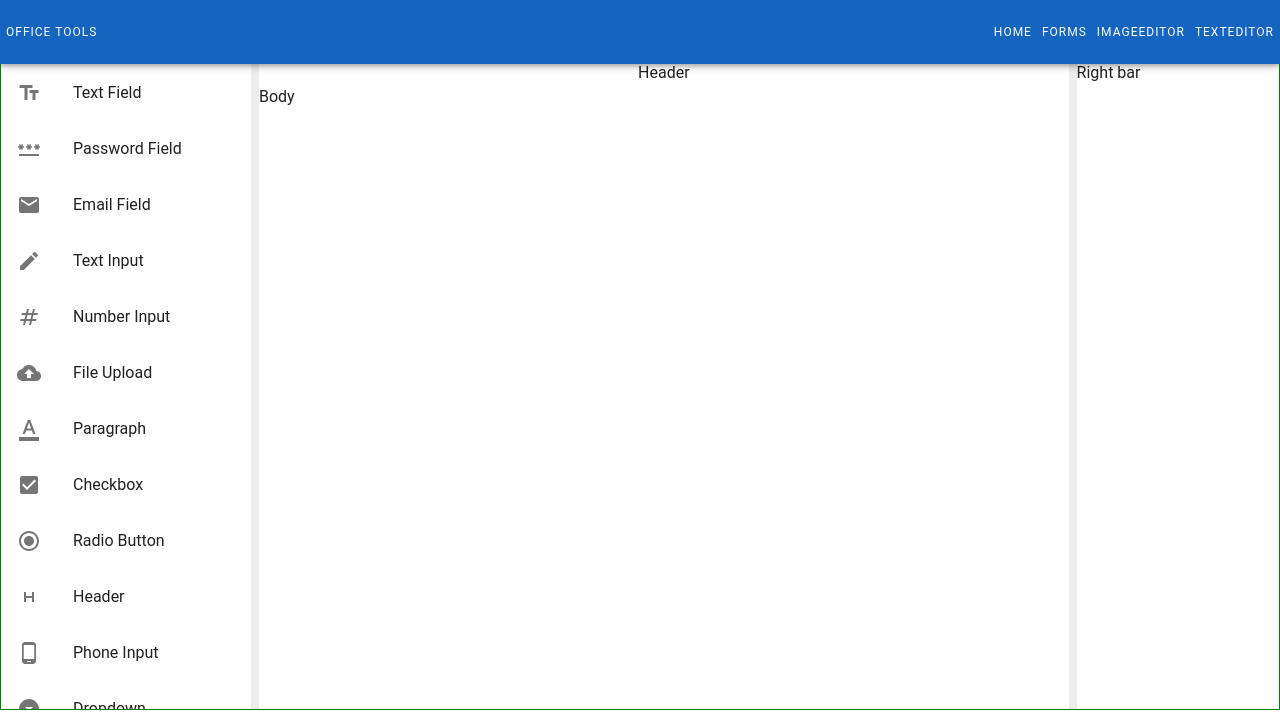
Repository: Vijay-Singh1/office-tools
Page: /form-builder/Create-Form
The author's editor kept a copy of each file at every save. The page is drawn from the files as they stood at one save, then again after the next save.
The browser window is 1280 px wide. The pictures show the whole page.
An inner scrolling area shows only its first screen. The project was rebuilt for these pictures with package versions that can differ from the ones it lists, and the page was loaded fresh each time. Also part of the build but not shown: vite.config.ts, src/FormBuilderApp/src/pages/FormBuilderHome.tsx, src/FormBuilderApp/src/pages/OpenForms.tsx, src/App.css, src/components/common/sidebar/Sidebar.tsx, src/ImageEditor/src/pages/ImageEditorHome.tsx, src/ImageEditor/src/pages/CreateImage.tsx, src/DocsEditor/src/pages/DocsEditorHome.tsx and 1 more.

Above is the page before, as saved 2024-09-22 20:21:55.

### index.html
<!doctype html>
<html lang="en">
  <head>
    <meta charset="UTF-8" />
    <link rel="icon" type="image/svg+xml" href="/vite.svg" />
    <meta name="viewport" content="width=device-width, initial-scale=1.0" />
    <title>Office Tools</title>
  </head>
  <body>
    <div id="root"></div>
    <script type="module" src="/src/main.tsx"></script>
  </body>
</html>

### src/main.tsx
import { StrictMode } from 'react'
import { createRoot } from 'react-dom/client'
import App from './App.tsx'
import './index.css'// Import Tailwind CSS
import { ThemeProvider } from '@mui/material/styles';
import CssBaseline from '@mui/material/CssBaseline';
import theme from "./appTheme/appTheme.ts"
import AppRoutes from './routes.js';
createRoot(document.getElementById('root')!).render(
  <StrictMode>
    <ThemeProvider theme={theme}>
    <CssBaseline />
    <AppRoutes />
    </ThemeProvider>
  </StrictMode>,
)

### src/appTheme/appTheme.ts
// src/theme/theme.js

import { createTheme } from '@mui/material/styles';
import { blue,  red, orange, green, grey } from '@mui/material/colors';

const theme = createTheme({
  palette: {
    primary: {
      light: blue[300], // Light shade for hover effects, etc.
      main: blue[600],  // Main primary color
      dark: blue[800],  // Dark shade for contrast
      contrastText: '#ffffff',
    },
    secondary: {
      light: blue[200], // Light blue as a secondary color
      main: blue[400],  // A mid-range blue for secondary actions
      dark: blue[700],  // Darker shade for emphasis
      contrastText: '#ffffff',
    },
    error: {
      main: red[500],
    },
    warning: {
      main: orange[500],
    },
    info: {
      main: blue[300],
    },
    success: {
      main: green[500],
    },
    background: {
      default: '#ffffff',
      paper: blue[50], // Very light blue background for paper components
    },
    text: {
      primary: grey[900],
      secondary: blue[800], // Dark blue text for secondary elements
    },
    action: {
      hover: grey[200], // Light blue on hover
      selected: blue[50], // Even lighter blue when an item is selected
      disabledBackground: blue[50], // Light blue background for disabled items
      disabled: grey[400], // Disabled text color
    },
    divider: blue[100], // Light blue for dividers and borders
  },
  typography: {
    fontFamily: 'Roboto, Arial, sans-serif',
    h1: {
      fontWeight: 700,
      color: blue[800], // Dark blue for headings
    },
    h2: {
      fontWeight: 700,
      color: blue[700], // Slightly lighter for sub-headings
    },
    subtitle1: {
      fontSize: 12,
      letterSpacing : "1px"
    },
  },
  spacing :[0,2,4,6,8,10],
  components: {
    MuiButton: {
      styleOverrides: {
        root: {
          borderRadius: 8,
          '&:hover': {
            backgroundColor: blue[700], // Darker blue on hover
          },
        },
      },
    },
    MuiAppBar: {
      styleOverrides: {
        colorPrimary: {
          backgroundColor: blue[800], // Darker shade for AppBar
        },
      },
    },
    MuiPaper: {
      styleOverrides: {
        root: {
          backgroundColor: blue[50], // Very light blue for paper components
        },
      },
    },
    // Add more component customizations as needed
  },
});

export default theme;

### src/routes.tsx
import React from 'react';
import { createBrowserRouter, RouterProvider } from 'react-router-dom';
import { formBuilderRoutes } from './FormBuilderApp/src/formBuilderRoutes';
import App from './App';
import { imageEditorRoutes } from './ImageEditor/src/ImageEditorRoutes';
import { docsEditorRoutes } from './DocsEditor/src/docsEditorRoutes';

// Combine routes from different modules
const router = createBrowserRouter([
  {
    path: '/',
    element: <App />,
    children: [
      ...formBuilderRoutes,
      ...imageEditorRoutes,
      ...docsEditorRoutes
      // Add other module routes here
    ],
  },
]);

const AppRoutes: React.FC = () => {
  return <RouterProvider router={router} />;
};

export default AppRoutes;

### src/FormBuilderApp/src/formBuilderRoutes.tsx
import React from 'react';
import { RouteObject } from 'react-router-dom';
import FormBuilderHome from './pages/FormBuilderHome';
import CreateForm from './pages/CreateForm';
import OpenForms from './pages/OpenForms';
import FormBuilderMain from './pages/FormBuilderMain';


export const formBuilderRoutes: RouteObject[] = [
  {
    path: 'form-builder',
    element: < FormBuilderMain/>,
    children: [
      {
        path: '/form-builder',
        element: <FormBuilderHome />,
      },
      {
        path: '/form-builder/Create-Form',
        element: <CreateForm />,
      },
      {
        path: '/form-builder/Open-Form',
        element: <OpenForms />,
      },
    ],
  },
];

### src/App.tsx
import { Outlet } from "react-router-dom";
import "./App.css";
import Sidebar from "./components/common/appBar/sidebar/Sidebar";
import { AppBar, Box, IconButton, Stack, Toolbar, Typography,   } from "@mui/material";
import MenuIcon from '@mui/icons-material/Menu';
import Appbar from "./components/common/appBar/Appbar";
import {DndContext} from '@dnd-kit/core';
const App: React.FC = () => {

  return (
    <DndContext>
      <Stack direction="column" bgcolor = "#EEEDEB">
        <Appbar/>
      <Box>
        <Outlet />
      </Box>
      </Stack>
      </DndContext>

  );
};

export default App;

### src/ImageEditor/src/ImageEditorRoutes.tsx
import React from 'react';
import { RouteObject } from 'react-router-dom';
import ImageEditorMain from './pages/ImageEditorMain';
import ImageEditorHome from './pages/ImageEditorHome';
import CreateImage from './pages/CreateImage';


export const imageEditorRoutes: RouteObject[] = [
  {
    path: 'image-editor',
    element: < ImageEditorMain/>,
    children: [
      {
        path: '/image-editor',
        element: <ImageEditorHome />,
      },
      {
        path: '/image-editor/Create-Image',
        element: <CreateImage />,
      },

    ],
  },
];

### src/DocsEditor/src/docsEditorRoutes.tsx
import React from 'react';
import { RouteObject } from 'react-router-dom';
import DocsEditorMain from './pages/DocsEditorMain';
import DocsEditorHome from './pages/DocsEditorHome';
import CreateDocs from './pages/CreateDocs';


export const docsEditorRoutes: RouteObject[] = [
  {
    path: '/docs-editor',
    element: < DocsEditorMain/>,
    children: [
      {
        path: '/docs-editor',
        element: <DocsEditorHome />,
      },
      {
        path: '/docs-editor/Create-docs',
        element: <CreateDocs />,
      },

    ],
  },
];

### src/FormBuilderApp/src/pages/CreateForm.tsx

import Box from '@mui/material/Box';
import React from 'react'
import { Stack } from '@mui/material';
import FormSidebar from '../components/sidebar/Sidebar';
import CenterComponent from '../components/centerComponent/centerComponent';
import RightBar from '../components/RightBar/RightBar';



const CreateForm : React.FC = () => {
  return (
    <Box  border={"1px solid green"} flex ={1} sx={{
      mb: 2,
      height: "100%",
      overflow: "hidden",
      overflowY: "scroll",
     // justifyContent="flex-end" # DO NOT USE THIS WITH 'scroll'
    }}  >
      <Stack direction="row" spacing={4}  justifyContent={"space-between"} sx={{ height: '100%' }}  >
      <FormSidebar/>
      <CenterComponent/>
      <RightBar/>
</Stack>
    </Box>
  )
}

export default CreateForm

### src/FormBuilderApp/src/pages/FormBuilderMain.tsx
import { Box, Stack } from '@mui/material'
import { Outlet } from 'react-router-dom'



const FormBuilderMain = () => {
  return (
      <Box width={"100%"} sx={{height:"calc(100vh - 70px)"}}  >
        <Stack direction="row" spacing={2} sx={{height:"100%"}}>
            <Outlet />
          </Stack>
          </Box>
  )
}

export default FormBuilderMain

### src/components/common/appBar/Appbar.tsx
import { AppBar, Box, styled, Toolbar, Typography } from '@mui/material'
import React from 'react'
import HomeRepairServiceIcon from '@mui/icons-material/HomeRepairService';
import { NavLink } from 'react-router-dom';

const StyledToolBar = styled(Toolbar)({
    display : "flex",
    justifyContent : "space-between"
})

const NavItems = styled(Box)(({theme}) =>({
    color : theme.palette.primary.contrastText,
    display: "flex",
    // border : "1px solid red",
    gap: theme.spacing(5)
}))

const StyledNavLink = styled(NavLink)(({theme})=>({
    width : "40%",
    color : theme.palette.primary.contrastText,
    textDecoration : "none",


}))

const Appbar = () => {
  return (
    <Box sx={{ flexGrow: 1 }} height={"60px"} position="sticky" top={0} zIndex={1000}>
    <AppBar position='static' >
        <StyledToolBar>
        <Typography variant='subtitle1' sx={{display : {sm : "block", xs : "none"}}}>OFFICE TOOLS</Typography>
            <HomeRepairServiceIcon sx={{display : {sm : "none", xs : "block"}}}/>
            <NavItems>
            <StyledNavLink to="/"><Typography variant='subtitle1'>HOME</Typography> </StyledNavLink>
            <StyledNavLink to="/form-builder"><Typography variant='subtitle1'>FORMS</Typography></StyledNavLink>
            <StyledNavLink to="/image-editor"><Typography variant='subtitle1'>IMAGEEDITOR</Typography></StyledNavLink>
            <StyledNavLink to="/docs-editor"><Typography variant='subtitle1'>TEXTEDITOR</Typography></StyledNavLink>
        </NavItems>
        </StyledToolBar>

    </AppBar>
    </Box>
  )
}

export default Appbar

### src/ImageEditor/src/pages/ImageEditorMain.tsx
import { Home } from '@mui/icons-material'
import { Box, Stack } from '@mui/material'
import React from 'react'
import { Outlet } from 'react-router-dom'
import Sidebar from '../../../components/common/sidebar/Sidebar'


const sideBarItem = [
    {
      text :"ImageEditor",
      icon :<Home/>
    },
    {
      text :"ImageEditor",
      icon :<Home/>
    },
    {
      text :"ImageEditor",
      icon :<Home/>
    },
    {
      text :"ImageEditor",
      icon :<Home/>
    },
  ]
const ImageEditorMain = () => {
  return (
    <Box width={"100%"}>
      <Stack direction="row" spacing={2}>
        <Sidebar items ={sideBarItem}/>
          <Outlet />
        </Stack>
        </Box>
  )
}

export default ImageEditorMain

### src/DocsEditor/src/pages/DocsEditorMain.tsx
import { Box, Stack } from '@mui/material'
import React from 'react'
import Sidebar from '../../../components/common/sidebar/Sidebar'
import { Outlet } from 'react-router-dom'
import { Home } from '@mui/icons-material'


const sideBarItem = [
    {
      text :"Docs",
      icon :<Home/>
    },
    {
      text :"Docs",
      icon :<Home/>
    },
    {
      text :"Docs",
      icon :<Home/>
    },
    {
      text :"Docs",
      icon :<Home/>
    },
  ]
const DocsEditorMain = () => {
  return (
    <Box width={"100%"}>
        <Stack direction="row" spacing={2}>
          <Sidebar items ={sideBarItem}/>
            <Outlet />
          </Stack>
          </Box>
  )
}

export default DocsEditorMain

### src/FormBuilderApp/src/components/sidebar/Sidebar.tsx
import { Box, List, ListItem, ListItemButton, ListItemIcon, ListItemText, Radio } from '@mui/material'
import React from 'react'
import { ArrowDropDownCircle, CheckBox, FormatColorText, HMobiledata, Home, InsertPageBreak, PhoneAndroid, RadioButtonChecked, SmartButton } from '@mui/icons-material';
import { SidebarItem } from '../../pages/formTypes';
import TextFieldsIcon from '@mui/icons-material/TextFields';
import PasswordIcon from '@mui/icons-material/Password';
import EmailIcon from '@mui/icons-material/Email';
import CreateIcon from '@mui/icons-material/Create';
import NumbersIcon from '@mui/icons-material/Numbers';
import CloudUploadIcon from '@mui/icons-material/CloudUpload';
import {useDraggable} from '@dnd-kit/core';


const sideBarItem :SidebarItem[] = [
  {
    text :"Text Field",
    icon :<TextFieldsIcon/>
  },
  {
    text :"Password Field",
    icon :<PasswordIcon/>
  },
  {
    text :"Email Field",
    icon :<EmailIcon/>
  },
  {
    text :"Text Input",
    icon :<CreateIcon/>
  },
  {
    text :"Number Input",
    icon :<NumbersIcon/>
  },
  {
    text :"File Upload",
    icon :<CloudUploadIcon/>
  },
  {
    text :"Paragraph",
    icon :<FormatColorText/>
  },
  {
    text :"Checkbox",
    icon :<CheckBox/>
  },
  {
    text :"Radio Button",
    icon :<RadioButtonChecked/>
  },
  {
    text :"Header",
    icon :<HMobiledata/>
  },
  {
    text :"Phone Input",
    icon :<PhoneAndroid/>
  },
  {
    text :"Dropdown",
    icon :<ArrowDropDownCircle/>
  },
  {
    text :"Page Break",
    icon :<InsertPageBreak/>
  },
  {
    text :"Button",
    icon :<SmartButton/>
  },
]

const Draggable = ({ icon , text, id, label }) => {
  const { attributes, listeners, setNodeRef, transform } = useDraggable({
    id,
  });

  const style = {
    transform: `translate3d(${transform?.x}px, ${transform?.y}px, 0)`,
    // padding: '8px',
    // border: '1px solid #ccc',
    marginBottom: '8px',
    cursor: 'grab',
  };

  return (

      <ListItem disablePadding ref={setNodeRef} style={style} {...listeners} {...attributes}
       >
          <ListItemButton  >
            <ListItemIcon>
              {icon}
            </ListItemIcon>
            <ListItemText >{text}</ListItemText>

          </ListItemButton>
        </ListItem>

  );
};


const FormSidebar:React.FC<SidebarItem> = () => {
  return (
    <Box
    width="250px"
    bgcolor="white"
    height={"100%"}
    sx={{
      mb: 2,
      height: 700,
      overflow: "hidden",
      overflowY: "scroll",
     // justifyContent="flex-end" # DO NOT USE THIS WITH 'scroll'
    }} >
      <List>
      {sideBarItem?.map((item, idx) =>(
        <Draggable key={idx}  icon = {item.icon}  text  = {item.text} id={idx}  />
      ))}
      </List>
    </Box>
  )
}

export default FormSidebar

### src/FormBuilderApp/src/components/centerComponent/centerComponent.jsx
import { Box, Stack } from '@mui/material'
import React from 'react'
import FormSidebar from '../sidebar/Sidebar'
import { Home } from '@mui/icons-material'


const CenterComponent = () => {
  return (
    <Box flex={4} bgcolor={"white"} width="250px"
    sx={{
      mb: 2,
      height: 700,
      overflow: "hidden",
      overflowY: "scroll",
     // justifyContent="flex-end" # DO NOT USE THIS WITH 'scroll'
    }} >
      <Stack direction={'column'} spacing={6}>
        <Box bgcolor={"white"} flex ={1} display={"flex"} justifyContent={"center"} >Header</Box>
        <Box>Body</Box>
      </Stack>
    </Box >
  )
}

export default CenterComponent

### src/FormBuilderApp/src/components/RightBar/RightBar.jsx
import { Box } from '@mui/material'
import React from 'react'

const RightBar = () => {
  return (
    <Box flex={1}  width="250px"
    overflowY="auto"
    bgcolor="white"

    sx={{
      mb: 2,
      height: 700,
      overflow: "hidden",
      overflowY: "scroll",
     // justifyContent="flex-end" # DO NOT USE THIS WITH 'scroll'
    }} >
      Right bar
    </Box>
  )
}

export default RightBar

Loaded but not shown: src/index.css (common file)

After the next save:
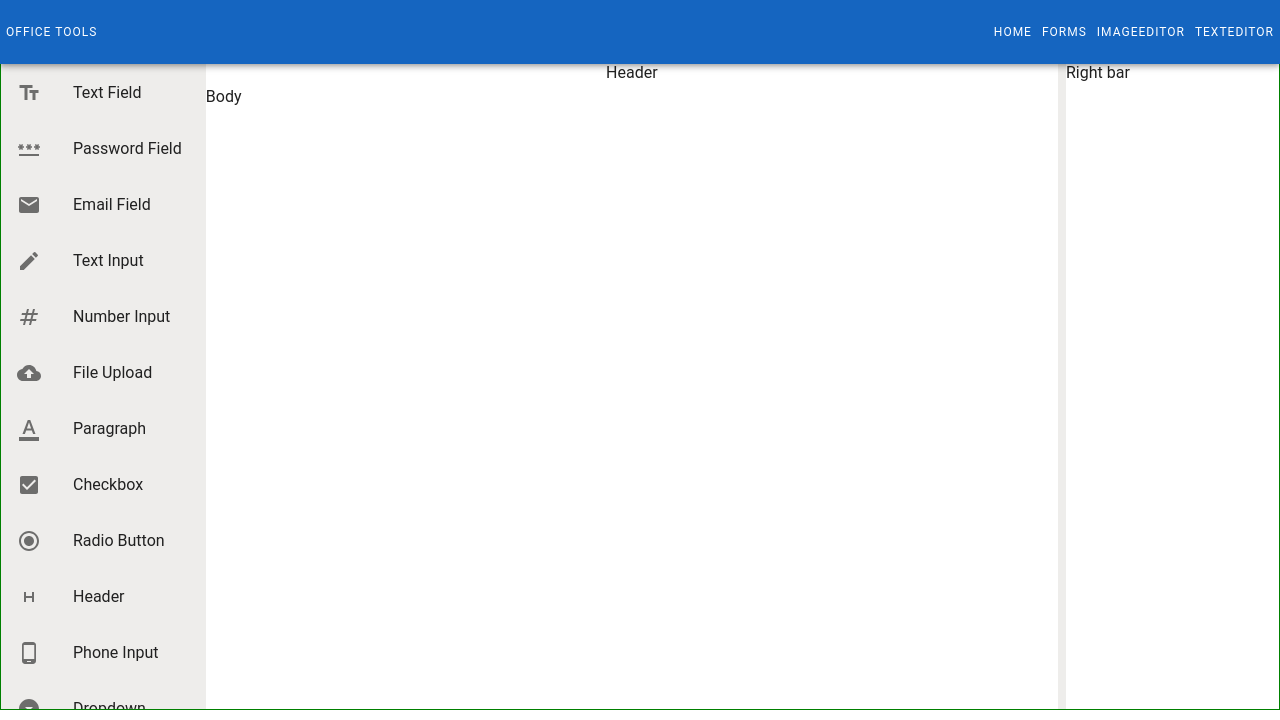
Saved 34 s later.
--- a/src/FormBuilderApp/src/components/sidebar/Sidebar.tsx
+++ b/src/FormBuilderApp/src/components/sidebar/Sidebar.tsx
@@ -103,9 +103,7 @@ const Draggable = ({ icon , text, id, label }) => {
 const FormSidebar:React.FC<SidebarItem> = () => {
   return (
     <Box
-    width="250px"
-    bgcolor="white"
-    height={"100%"}
+
     sx={{
       mb: 2,
       height: 700,
